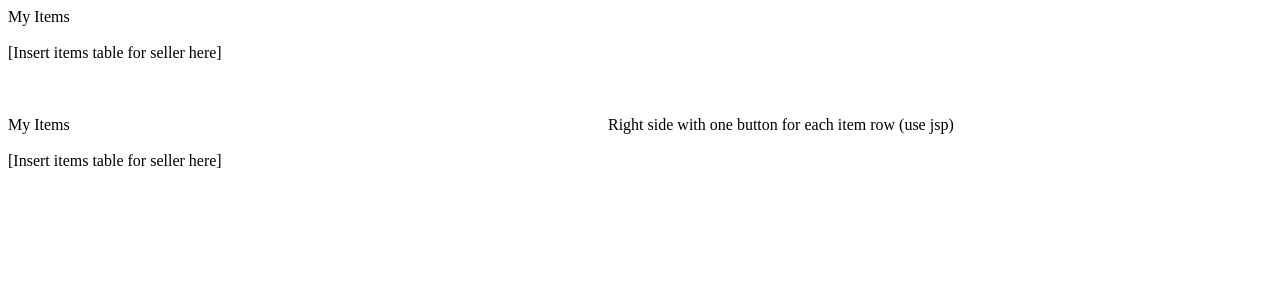
Repository: divergentArrow/Databases
Page: http://localhost/cs336project/seller.jsp
An editor plug-in stored every save of this project. The page is shown before and after the next save, followed by the edit.
The browser window is 1280 px wide. The pictures show the whole page.
The page is served by Tomcat 9. Other server files are loaded and not shown.

Above is the page before, as saved 2019-04-14 20:30:18.

### cs336project/WebContent/seller.jsp
<%@ page language="java" contentType="text/html; charset=ISO-8859-1"
    pageEncoding="ISO-8859-1"%>
<!DOCTYPE html>
<html>

<head>
<meta charset="ISO-8859-1">
<title>Sell</title>
</head>

<body>
	<div>
		My Items
		<br></br>
		[Insert items table for seller here]
		<%--<%= cs336project.Seller.test() %>--%>
		<br></br>
		<br></br>
	</div>
	<div style="width: 100%; display: table;">
    	<div style="display: table-row">
        	<div style="width: 600px; display: table-cell;">
        		My Items
				<br></br>
				[Insert items table for seller here]
				<%--<%= cs336project.Seller.test() %>--%>
				<br></br>
				<br></br>
        	</div>
        	<div style="display: table-cell;">
        		Right side with one button for each item row (use jsp)
        	</div>
    	</div>
	</div>
</body>

</html>

After the next save:
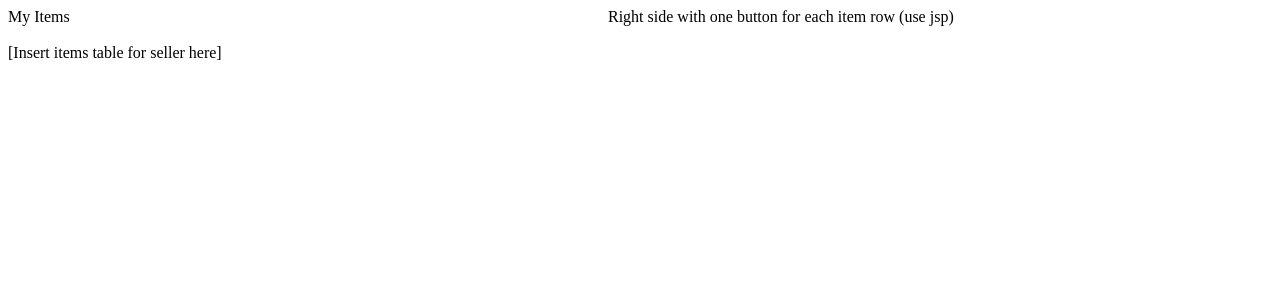
Saved 26 s later.
--- a/cs336project/WebContent/seller.jsp
+++ b/cs336project/WebContent/seller.jsp
@@ -9,14 +9,6 @@
 </head>
 
 <body>
-	<div>
-		My Items
-		<br></br>
-		[Insert items table for seller here]
-		<%--<%= cs336project.Seller.test() %>--%>
-		<br></br>
-		<br></br>
-	</div>
 	<div style="width: 100%; display: table;">
     	<div style="display: table-row">
         	<div style="width: 600px; display: table-cell;">
